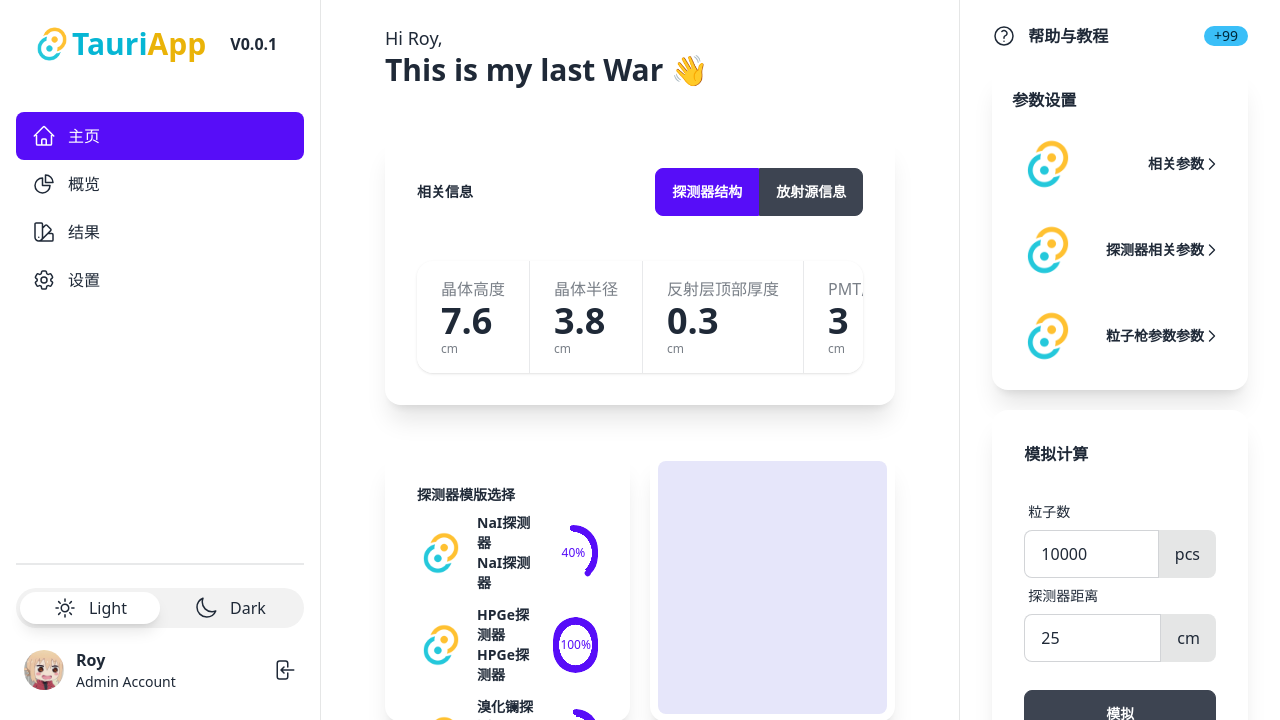
Repository: XMZOVO/tauri-geant4
Page: /
An editor plug-in stored every save of this project. The page is shown before and after the next save, followed by the edit.
The browser window is 1280 px wide. The pictures show the whole page.
The page's requests for data from a server got no answer. An inner scrolling area shows only its first screen. The project was rebuilt for these pictures with package versions that can differ from the ones it lists, and the page was loaded fresh each time. No one was signed in, and anything a server would have sent is missing. Also part of the build but not shown: vite.config.ts.

Above is the page before, as saved 2022-09-11 19:06:07.

### src/main.ts
import { createApp } from "vue";
import App from "./App.vue";
import "./index.css";
import { Router } from "./router";
import { createPinia } from "pinia";

const pinia = createPinia();

createApp(App).use(pinia).use(Router).mount("#app");

### src/router/index.ts
import { createRouter, createWebHistory } from "vue-router";

const routes = [
  {
    path: "",
    component: () => import("../components/MainWindow.vue"),
    children: [
      {
        path: "",
        component: () => import("../components/Home.vue"),
      },
      {
        path: "Setting",
        component: () => import("../components/Setting.vue"),
      },
      {
        path: "Results",
        component: () => import("../components/Results.vue"),
      },
      {
        path: "Overview",
        component: () => import("../components/Overview.vue"),
      },
      // {
      //   path: "Plan",
      //   component: () => import("../components/Plan.vue"),
      // },
    ],
  },
];

export const Router = createRouter({
  scrollBehavior: () => ({ left: 0, top: 0 }),
  history: createWebHistory(),
  routes,
});

### src/components/Home.vue
<script setup lang="ts">
import { ref, onMounted } from "vue";
import { invoke } from "@tauri-apps/api/tauri";
import { useRouter, onBeforeRouteLeave, onBeforeRouteUpdate } from "vue-router";
import path from "path";
import { exit } from "@tauri-apps/api/process";
import { fetch } from "@tauri-apps/api/http";

const router = useRouter();
const greetMsg = ref("");
const name = ref("");
let specFile = ref("");
let JSRootPath = ref("/JsRoot720/");

let detectorSrc = ref(
  JSRootPath.value +
    "index.htm?nobrowser&file=http://localhost:8080/file/G4Backend/build/rootFiles/test.root&item=Default;1&opt=ssao;transp60"
);

const parametersNames = ref([
  { name: "探测器结构", checked: true },
  { name: "放射源信息", checked: false },
]);
const selectedName = ref("钻井液性能");
const detectorProperties = ref([
  { name: "晶体高度", value: 7.6, unit: "cm" },
  { name: "晶体半径", value: 3.8, unit: "cm" },
  { name: "反射层顶部厚度", value: "0.3", unit: "cm" },
  { name: "PMT厚度", value: 3, unit: "cm" },
]);
const radioactiveProperties = ref([
  { name: "放射性同位素", value: "Co60", unit: "" },
  { name: "粒子数", value: 1000, unit: "" },
  { name: "3", value: 20, unit: "" },
  { name: "4", value: 0.02, unit: "" },
  { name: "5", value: 10, unit: "" },
]);
const detectorList = ref([
  { name: "NaI探测器", percent: 40 },
  { name: "HPGe探测器", percent: 100 },
  { name: "溴化镧探测器", percent: 60 },
]);
const paticleParameters = ref([
  { name: "粒子数", value: 10000, unit: "pcs" },
  { name: "探测器距离", value: 25, unit: "cm" },
]);
const btnWait = ref("");

async function greet() {
  greetMsg.value = await invoke("greet", { name: name.value });
}

onMounted(async () => {});

const parametersInfoChanged = (name: String) => {
  if (name == "探测器结构") {
    parametersNames.value[0].checked = true;
    parametersNames.value[1].checked = false;
  } else {
    parametersNames.value[0].checked = false;
    parametersNames.value[1].checked = true;
  }
};

const executeCalculate = async () => {
  if (paticleParameters.value[0].value > 10000000) {
    alert("粒子数过大");
    return;
  }
  btnWait.value = "loading";
  const response = await fetch("http://localhost:8080/g4", {
    method: "POST",
    query: {
      ch: detectorProperties.value[0].value.toString(),
      cr: detectorProperties.value[1].value.toString(),
      rtt: detectorProperties.value[2].value.toString(),
      num: paticleParameters.value[0].value.toString(),
    },
  }).then((res) => {
    btnWait.value = "";
    router.push({ path: "/Overview" });
  });
};

const refreshDetector = async () => {
  detectorSrc.value = " ";
  await fetch("http://localhost:8080/gdml", {
    method: "GET",
    query: {
      ch: detectorProperties.value[0].value.toString(),
      cr: detectorProperties.value[1].value.toString(),
      rtt: detectorProperties.value[2].value.toString(),
      pmt: detectorProperties.value[3].value.toString(),
    },
  }).then(() => {
    // let iframe: any = document.getElementById("iframe");
    // iframe.contentWindow.location.reload(true);
    detectorSrc.value =
      JSRootPath.value +
      "index.htm?nobrowser&file=http://localhost:8080/file/G4Backend/build/rootFiles/wtest.root&item=Default;1&opt=ssao;transp60";
  });
};

const exitApp = async () => {
  await exit(1);
};
</script>

<template>
  <!-- <div class="card">
    <input id="greet-input" v-model="name" placeholder="Enter a name..." />
    <button type="button" @click="greet()">Greet</button>
  </div>

  <p>{{ greetMsg }}</p> -->

  <div class="flex h-full w-full">
    <div class="w-2/3 space-y-12 border-r border-base-300 py-6 px-16">
      <div class="h-auto">
        <span class="block text-lg font-normal">Hi Roy,</span>
        <span class="block text-3xl font-bold"
          >This is my last War &#128075;</span
        >
      </div>
      <div class="card h-2/5 w-full shadow-xl">
        <div class="card-body justify-between">
          <div class="flex justify-between">
            <p class="card-title text-sm">相关信息</p>
            <!-- 选择框 -->
            <!-- <div class="form-control w-1/3 max-w-xs">
              <select
                class="select select-bordered focus:outline-none"
                @change="parametersInfoChanged($event)"
              >
                <option v-for="item in parametersNames">{{ item }}</option>
              </select>
            </div> -->
            <div class="btn-group">
              <input
                v-for="item in parametersNames"
                type="radio"
                name="options"
                :data-title="item.name"
                class="btn"
                :checked="item.checked"
                @change="parametersInfoChanged(item.name)"
              />
            </div>
          </div>
          <!-- 统计信息 -->
          <div
            class="stats stats-vertical overflow-hidden shadow lg:stats-horizontal"
          >
            <div
              class="stat"
              v-if="parametersNames[0].checked"
              v-for="item in detectorProperties"
            >
              <div class="stat-title">{{ item.name }}</div>
              <div class="stat-value">{{ item.value }}</div>
              <div class="stat-desc">{{ item.unit }}</div>
            </div>
            <div
              class="stat"
              v-if="parametersNames[1].checked"
              v-for="item in radioactiveProperties"
            >
              <div class="stat-title">{{ item.name }}</div>
              <div class="stat-value">{{ item.value }}</div>
              <div class="stat-desc">{{ item.unit }}</div>
            </div>
          </div>
        </div>
      </div>
      <!-- 底部双卡片 -->
      <div class="flex h-2/5 space-x-5">
        <!-- 1 -->
        <div class="card w-1/2 bg-base-100 shadow-xl">
          <div class="card-body">
            <p class="text-sm font-semibold">探测器模版选择</p>
            <!-- item -->
            <div class="flex flex-col gap-3">
              <div
                v-for="(item, index) in detectorList"
                class="flex items-center gap-3"
              >
                <img src="../assets/icon.png" class="h-12 w-12" />
                <div class="flex flex-col">
                  <p class="text-sm font-semibold">{{ item.name }}</p>
                  <p class="text-sm font-semibold">{{ item.name }}</p>
                </div>
                <div
                  class="radial-progress text-xs text-primary"
                  :style="
                    '--value: ' +
                    item.percent +
                    '; --size: 3.5rem; --thickness: 6px'
                  "
                >
                  {{ item.percent }}%
                </div>
              </div>
            </div>
            <btn class="btn rounded-xl"> 更多模版</btn>
          </div>
        </div>
        <!-- 2 -->
        <div class="card w-1/2 bg-base-100 shadow-xl">
          <div class="card-body p-2">
            <iframe
              :src="detectorSrc"
              frameborder="0"
              class="h-full w-full rounded-lg"
            ></iframe>
            <!-- <div class="h-full w-full bg-black" id="drawing"></div> -->
          </div>
        </div>
      </div>
    </div>

    <!-- 右侧 -->
    <div class="w-1/3 flex-col space-y-5 px-8 pt-6">
      <!-- 帮助 -->
      <div class="flex items-center justify-between">
        <div class="flex items-center space-x-3">
          <svg
            xmlns="http://www.w3.org/2000/svg"
            fill="none"
            viewBox="0 0 24 24"
            stroke-width="1.5"
            stroke="currentColor"
            class="h-6 w-6"
          >
            <path
              stroke-linecap="round"
              stroke-linejoin="round"
              d="M9.879 7.519c1.171-1.025 3.071-1.025 4.242 0 1.172 1.025 1.172 2.687 0 3.712-.203.179-.43.326-.67.442-.745.361-1.45.999-1.45 1.827v.75M21 12a9 9 0 11-18 0 9 9 0 0118 0zm-9 5.25h.008v.008H12v-.008z"
            />
          </svg>
          <label class="font-bold">帮助与教程</label>
        </div>
        <div class="badge badge-info">+99</div>
      </div>
      <!-- 帮助 -->
      <!-- 卡1 -->
      <div class="flex space-x-5">
        <div class="card w-full overflow-visible bg-base-100 shadow-xl">
          <div class="card-body p-5">
            <div class="flex-col space-y-5">
              <p class="text-md font-bold">参数设置</p>

              <!-- 溢流物 -->
              <div class="dropdown-left dropdown w-full">
                <div
                  tabindex="0"
                  class="flex items-center justify-between rounded-xl px-2 py-1 duration-300 hover:cursor-pointer hover:bg-primary hover:text-base-100"
                >
                  <img src="../assets/icon.png" class="h-14 w-14 rounded-xl" />
                  <div class="flex items-center">
                    <p class="text-sm font-bold">相关参数</p>
                    <svg
                      xmlns="http://www.w3.org/2000/svg"
                      fill="none"
                      viewBox="0 0 24 24"
                      stroke-width="2"
                      stroke="currentColor"
                      class="h-4 w-4"
                    >
                      <path
                        stroke-linecap="round"
                        stroke-linejoin="round"
                        d="M8.25 4.5l7.5 7.5-7.5 7.5"
                      />
                    </svg>
                  </div>
                </div>
                <!-- 浮动窗口 -->
                <div
                  tabindex="0"
                  class="card dropdown-content rounded-box w-full bg-base-100 shadow"
                >
                  <div class="card-body space-y-3">
                    <p class="font-bold">设置相关参数</p>
                    <div
                      v-for="item in overflowParam"
                      class="flex items-center justify-between"
                    >
                      <p>{{ item.name }}</p>
                      <p class="font-bold text-primary">{{ item.percent }}%</p>
                      <input
                        type="range"
                        min="0"
                        max="100"
                        v-model="item.percent"
                        class="range range-xs w-1/2"
                        step="1"
                      />
                    </div>
                  </div>
                </div>
              </div>
              <!-- 溢流物 -->
              <!-- 钻井液 -->
              <div class="dropdown-left dropdown w-full">
                <div
                  tabindex="0"
                  class="flex items-center justify-between rounded-xl px-2 py-1 duration-300 hover:cursor-pointer hover:bg-primary hover:text-base-100"
                >
                  <img src="../assets/icon.png" class="h-14 w-14 rounded-xl" />
                  <div class="flex items-center">
                    <p class="text-sm font-bold">探测器相关参数</p>
                    <svg
                      xmlns="http://www.w3.org/2000/svg"
                      fill="none"
                      viewBox="0 0 24 24"
                      stroke-width="2"
                      stroke="currentColor"
                      class="h-4 w-4"
                    >
                      <path
                        stroke-linecap="round"
                        stroke-linejoin="round"
                        d="M8.25 4.5l7.5 7.5-7.5 7.5"
                      />
                    </svg>
                  </div>
                </div>
                <!-- 浮动窗口 -->
                <div
                  tabindex="0"
                  class="card dropdown-content rounded-box w-96 bg-base-100 shadow"
                >
                  <div class="card-body space-y-1">
                    <div class="flex items-center">
                      <p class="font-bold">设置探测器参数</p>
                      <button class="btn btn-xs" @click="refreshDetector">
                        刷新探测器模型
                      </button>
                    </div>
                    <div
                      v-for="item in detectorProperties"
                      class="form-control"
                    >
                      <label class="label">
                        <span class="label-text">{{ item.name }}</span>
                      </label>
                      <label class="input-group">
                        <input
                          type="text"
                          v-model="item.value"
                          class="input input-bordered w-3/4 focus:outline-none"
                        />
                        <span class="w-1/4">{{ item.unit }}</span>
                      </label>
                    </div>
                  </div>
                </div>
              </div>
              <!-- 钻井液 -->
              <!-- 节流压 -->
              <div class="dropdown-left dropdown w-full">
                <div
                  tabindex="0"
                  class="flex items-center justify-between rounded-xl px-2 py-1 duration-300 hover:cursor-pointer hover:bg-primary hover:text-base-100"
                >
                  <img src="../assets/icon.png" class="h-14 w-14 rounded-xl" />
                  <div class="flex items-center">
                    <p class="text-sm font-bold">粒子枪参数参数</p>
                    <svg
                      xmlns="http://www.w3.org/2000/svg"
                      fill="none"
                      viewBox="0 0 24 24"
                      stroke-width="2"
                      stroke="currentColor"
                      class="h-4 w-4"
                    >
                      <path
                        stroke-linecap="round"
                        stroke-linejoin="round"
                        d="M8.25 4.5l7.5 7.5-7.5 7.5"
                      />
                    </svg>
                  </div>
                </div>
                <!-- 浮动窗口 -->
                <div
                  tabindex="0"
                  class="card dropdown-content rounded-box w-96 bg-base-100 shadow"
                >
                  <div class="card-body space-y-3">
                    <p class="font-bold">设置粒子枪参数</p>
                    <div
                      v-for="item in radioactiveProperties"
                      class="form-control"
                    >
                      <label class="label">
                        <span class="label-text">{{ item.name }}</span>
                      </label>
                      <label class="input-group">
                        <input
                          type="text"
                          v-model="item.value"
                          class="input input-bordered w-3/4 focus:outline-none"
                        />
                        <span class="w-1/4">{{ item.unit }}</span>
                      </label>
                    </div>
                  </div>
                </div>
              </div>
              <!-- 节流压 -->
            </div>
          </div>
        </div>
      </div>
      <!-- 卡2 -->
      <div class="flex space-x-5">
        <div class="card w-full bg-base-100 shadow-xl">
          <div class="card-body space-y-5">
            <p class="text-md font-bold">模拟计算</p>
            <div>
              <div v-for="item in paticleParameters" class="form-control">
                <label class="label">
                  <span class="label-text">{{ item.name }}</span>
                </label>
                <label class="input-group">
                  <input
                    type="text"
                    placeholder="0.01"
                    v-model="item.value"
                    class="input input-bordered w-full focus:outline-none"
                  />
                  <span>{{ item.unit }}</span>
                </label>
              </div>
            </div>
            <!-- 计算 -->
            <button :class="'btn w-full ' + btnWait" @click="executeCalculate">
              模拟
            </button>
          </div>
        </div>
      </div>
    </div>
  </div>
</template>

<style scoped></style>

Loaded but not shown: index.html (common file); src/App.vue (common file); src/index.css (common file); tailwind.config.cjs (common file); public/JsRoot720/modules/d3.mjs (library); public/JsRoot720/modules/gui/HierarchyPainter.mjs (library); public/JsRoot720/modules/io.mjs (3859 lines, source omitted); public/JsRoot720/modules/gpad/TFramePainter.mjs (2781 lines, source omitted); public/JsRoot720/modules/gpad/TPadPainter.mjs (2078 lines, source omitted); public/JsRoot720/modules/gui/menu.mjs (1573 lines, source omitted); public/JsRoot720/modules/core.mjs (1681 lines, source omitted); public/JsRoot720/modules/gui/display.mjs (1711 lines, source omitted); public/JsRoot720/modules/base/ObjectPainter.mjs (1608 lines, source omitted); public/JsRoot720/modules/base/math.mjs (2061 lines, source omitted); public/JsRoot720/modules/gpad/TAxisPainter.mjs (1330 lines, source omitted); public/JsRoot720/modules/hist/TPavePainter.mjs (1257 lines, source omitted); public/JsRoot720/modules/base/latex.mjs (1324 lines, source omitted); public/JsRoot720/modules/draw.mjs (618 lines, source omitted); public/JsRoot720/modules/gui/utils.mjs (511 lines, source omitted); public/JsRoot720/modules/gpad/TCanvasPainter.mjs (756 lines, source omitted); public/JsRoot720/modules/base/BasePainter.mjs (670 lines, source omitted); public/JsRoot720/modules/base/TAttFillHandler.mjs (343 lines, source omitted); public/JsRoot720/modules/base/TAttMarkerHandler.mjs (292 lines, source omitted); public/JsRoot720/modules/gui.mjs (206 lines, source omitted); public/JsRoot720/modules/base/colors.mjs (172 lines, source omitted); public/JsRoot720/modules/base/TAttLineHandler.mjs (166 lines, source omitted); public/JsRoot720/modules/base/FontHandler.mjs (139 lines, source omitted); src/components/MainWindow.vue (303 lines, source omitted)

After the next save:
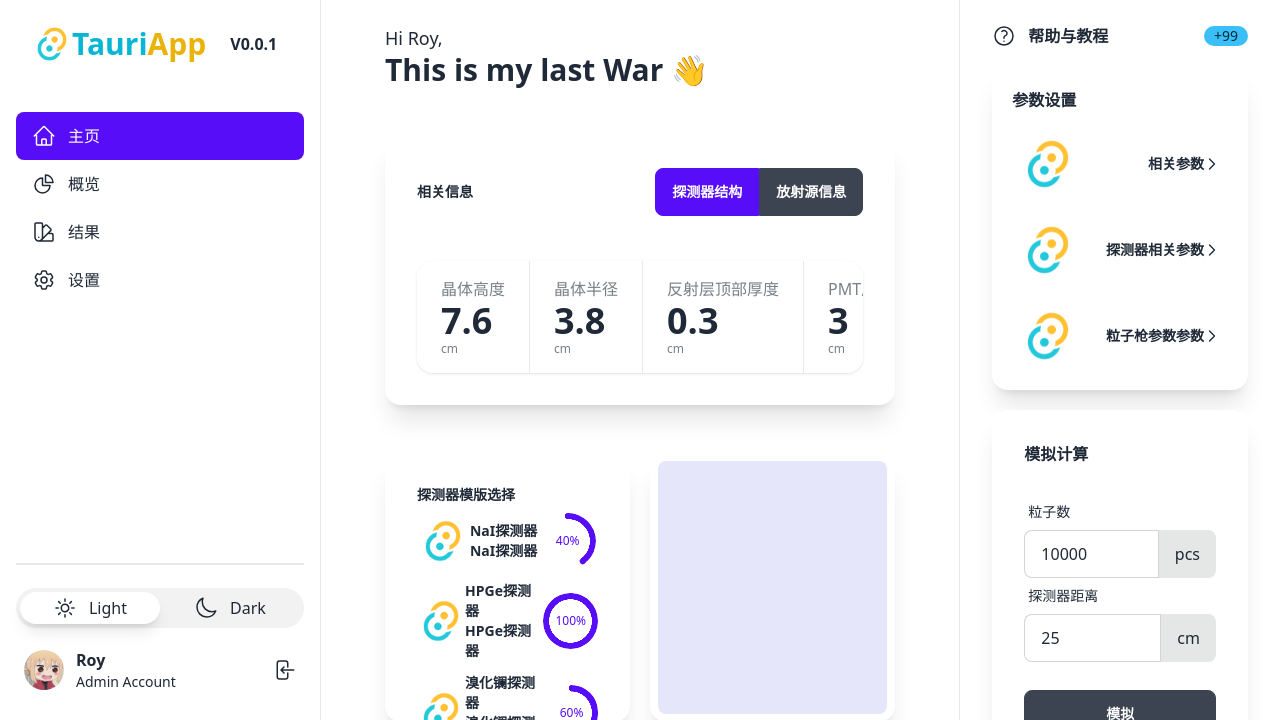
Saved 20 s later.
--- a/src/components/Home.vue
+++ b/src/components/Home.vue
@@ -182,7 +182,7 @@ const exitApp = async () => {
             <div class="flex flex-col gap-3">
               <div
                 v-for="(item, index) in detectorList"
-                class="flex items-center gap-3"
+                class="flex items-center justify-evenly"
               >
                 <img src="../assets/icon.png" class="h-12 w-12" />
                 <div class="flex flex-col">
